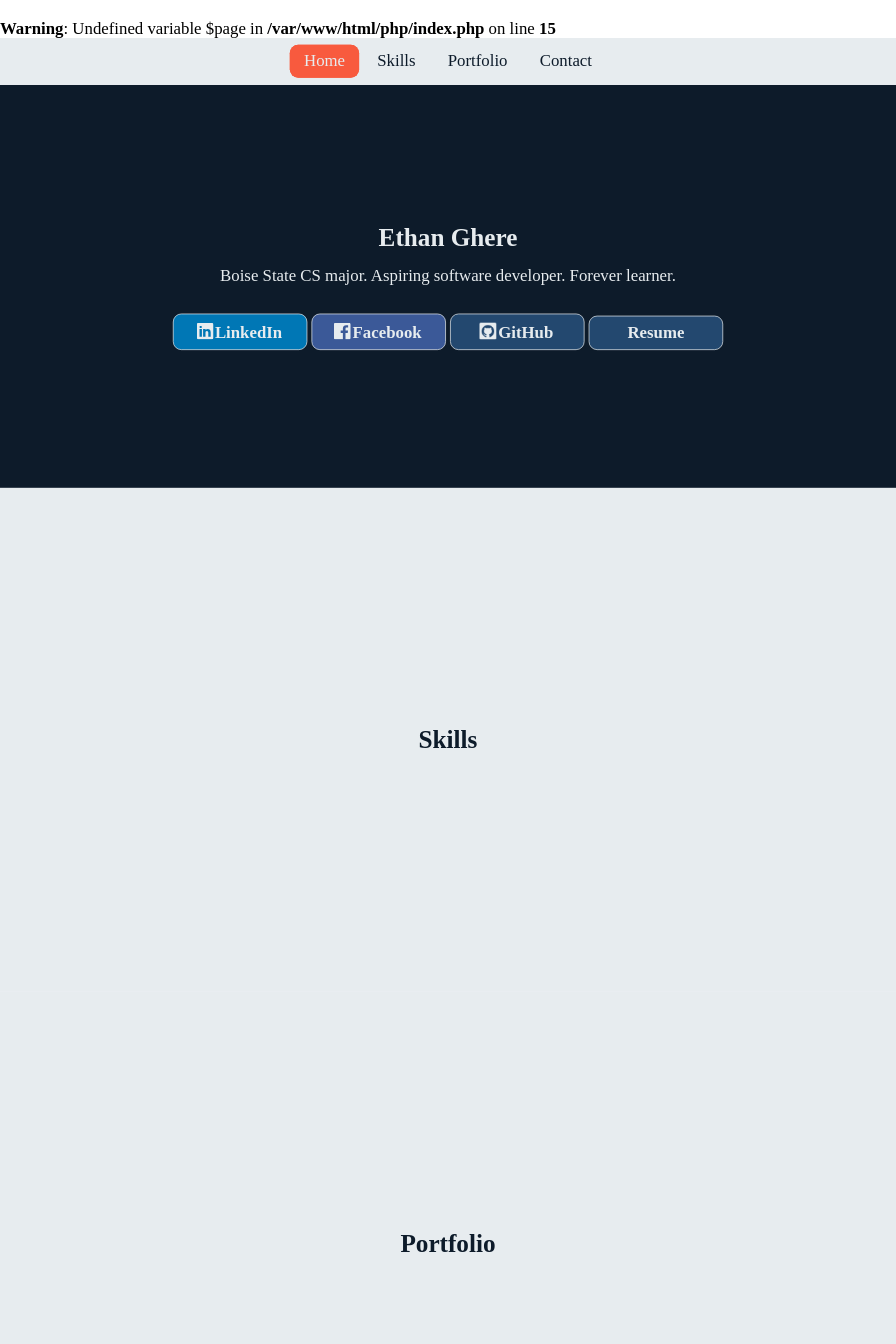
Repository: eghere-bsu/ethanghere-website
Page: http://localhost/php/index.php
The author's editor kept a copy of each file at every save. The page is drawn from the files as they stood at one save, then again after the next save.
The browser window is 1280 px wide. The pictures show the part of the page from y = 0 to 1920 px (the page is 2929 px tall before and 2875 px after), at 70% of full size.
Some web fonts or font styles are not loaded; a fallback is used. The page is run by PHP 8.4 with error messages shown; the project is at /var/www/html/.

Above is the page before, as saved 2023-11-27 15:35:03.

### php/index.php
<?php
  session_start();
  ini_set('display_errors', 1);
  error_reporting(E_ALL);

  if (isset($_GET['action']) && $_GET['action'] === 'logout') {
    unset($_SESSION['auth']);
    unset($_SESSION['username']);
    unset($_SESSION['powerlvl']);
  }
  $loggedIn = isset($_SESSION['auth']) && $_SESSION['auth'] === true;
  $loginText = $loggedIn ? 'Log Out' : 'Log In';
  $loginHref = $loggedIn ? 'login.php?action=logout' : 'login.php';

  $loginButton = '<a class="' . ($page == 'login' ? 'active' : '') . '" href="' . $loginHref . '">' . $loginText . '</a>';
?>

<!DOCTYPE html>
<html lang="en">

<head>
  <meta charset="UTF-8">
  <title>Ethan Ghere</title>
  <link rel="stylesheet" href="../css/style.css">
  <link rel="icon" type="image/x-icon" href="../favicon.ico">
</head>

<nav>
  <div class="container">
    <ul>
      <li class="home active">
        <a href="#home" class="navlink">Home</a>
      </li>
      <li class="skills">
        <a href="#skills" class="navlink">Skills</a>
      </li>
      <li class="portfolio">
        <a href="#portfolio" class="navlink">Portfolio</a>
      </li>
      <li class="contact">
        <a href="#contact" class="navlink">Contact</a>
      </li>
    </ul>
  </div>
</nav>

<body>
  <!-- Home -->
  <section id="home">
    <h1>Ethan Ghere</h1>
    <p>Boise State CS major. Aspiring software developer. Forever learner.</p>
    <span>
      <a href="https://www.linkedin.com/in/ethan-ghere-08532a23a" class="button linkedin"><img src="../svg/icons8-linkedin.svg">LinkedIn</a>
      <a href="https://www.facebook.com/profile.php?id=100085450836702" class="button facebook"><img src="../svg/icons8-facebook-24.svg">Facebook</a>
      <a href="https://github.com/eghere-bsu" class="button"><img src="../svg/icons8-github-24.png">GitHub</a>
      <a href="../assets/resume.pdf" class="button">Resume</a>
    </span>
  </section>
  <!-- Skills -->
  <section id="skills">
    <h1>Skills</h1>
  </section>
  <!-- Portfolio -->
  <section id="portfolio">
    <h1>Portfolio</h1>
  </section>
  <!-- Contact -->
  <section id="contact">
    <h1>Contact</h1>
  </section>
  <!-- Footer -->
  <section id="footer">
    <p>Ethan Ghere 2023.
      <?php
        if (isset($_SESSION['auth']) && $_SESSION['auth'] === true) {
          if (isset($_SESSION['username'])) {
            echo 'Logged in as ' . $_SESSION['username'];
          } else {
            echo 'Username not found.';
          }
        } else {
          echo 'Not logged in.';
        }
      ?>
      <a href="#login" class="button login-modal">
        <?php

        ?>
      </a></p>
  </section>
  <div class="modal" id="login-signup-modal">
      <div class="modal-content">
        <button class="modal-close" onclick="closeModal()">X</button>
        <span class="container">
          <ul>
            <li class="login">
              <a href="#login" class="navlink">Log In</a>
            </li>
            <li class="signup">
              <a href="#signup" class="navlink">Sign Up</a>
            </li>
          </ul>
        </span>
        <span>
        <?php
          if(isset($_SESSION['message'])) {
            echo htmlspecialchars($_SESSION['message'], ENT_QUOTES, 'UTF-8');
            unset($_SESSION['message']);
          }
        ?>
        </span>
        <form method="post" action="login_handler.php" id="login-form">
          <input placeholder="Username: " type="username" id="username" name="username" required>
          <input placeholder="Password: " type="password" id="password" name="password" required>
          <button type="submit" class="button">Log In</button>
        </form>
        <form method="post" action="signup_handler.php" id="signup-form">
          <input placeholder="Username: " type="username" id="username" name="username" required>
          <input placeholder="Password: " type="password" id="password" name="password" required>
          <input placeholder="Confirm password: " type="pwconfirm" id="pwconfirm" name="pwconfirm" required>
          <button type="submit" class="button">Sign Up</button>
        </form>
        <div class="modal-body"></div>
      </div>
    </div>
  <script src="https://code.jquery.com/jquery-3.7.1.min.js"></script>
  <script src="../js/modal.js"></script>
  <script src="../js/scroll.js"></script>
</body>

### css/style.css
@import url("https://fonts.googleapis.com/css2?family=Roboto+Mono&display=swap");

* {
  padding: 0;
  margin: 0;
  box-sizing: border-box;
}

html {
  font-family: "Roboto Mono";
  font-size: 24px;
  scroll-behavior: smooth;
}

section {
  height: 100vh;
  width: 100%;
  color: #0d1b2a;
  background-color: #e7ecef;
  display: flex;
  flex-direction: column;
  align-items: center;
  justify-content: center;
}

#home {
  height: 80vh;
  color: #e7ecef;
  background-color: #0d1b2a;
  padding: 30px;

  *:not(:first-child) {
    margin-top: 20px;
  }
}

/* TODO
section#skills {}
*/

/* TODO
section#portfolio {} */

section#footer {
  height: 10vh;
  background-color: #0d1b2a;
  color: #e7ecef;
  font-size: 18px;
}

.button {
  display: inline-block;
  padding: 10px 20px;
  width: 8em;
  text-align: center;
  text-decoration: none;
  font-weight: bold;
  border-radius: 12px;
  border: 1px solid #e7ecef;
  color: #e7ecef;
  background-color: #23486f;
  transition: 0.3s ease background-color;

  img {
    position: relative;
    top: 0.1em;
    right: 0.1em;
  }

  &:hover {
    background-color: #f85a3e;
  }

  &:hover:after {
    transition: 0.3s ease background-color;
  }
}

.button.small {
  font-size: 0.8em;
}

.linkedin {
  background-color: #0077b5;
}

.facebook {
  background-color: #3b5998;
}

nav {
  position: sticky;
  top: 0;
  background-color: #e7ecef;
}

.container {
  width: 90%;
  max-width: 1000px;
  min-width: 200px;
  margin: 0 auto;
  text-align: center;
  padding: 10px;

  ul {
    display: inline-block;

    li {
      display: inline-block;

      a {
        display: inline-block;
        text-decoration: none;
        padding: 10px 20px;
        color: #0d1b2a;
        border-radius: 12px;
        transition: 0.3s ease background-color;

        &:hover {
          background-color: rgba(0, 0, 0, 0.25);
        }
      }
    }

    li.active {
      background-color: #f85a3e;
      transition: 0.3s ease background-color;
      border-radius: 12px;

      a {
        color: rgb(231, 236, 239);
      }

      .navlink {
        background-color: #f85a3e;
        transition: 0.3s ease background-color;
        border-radius: 12px;
      }
    }
  }
}


/* modal */

.modal {
  display: none; /* Hide the modal by default */
  position: fixed;
  top: 0;
  left: 0;
  width: 100%;
  height: 100%;
  background-color: rgba(0, 0, 0, 0.4);
}

.modal-content {
  position: fixed;
  top: 50%;
  left: 50%;
  transform: translate(-50%, -50%);
  width: 40%;
  background-color: #e7ecef;
  color: #0d1b2a;
  padding: 20px;

  form {
    display: flex;
    flex-direction: column;
    align-items: center;
    width: 100%;
  }

  form label {
    margin-bottom: 10px;
  }

  form input {
    width: 100%;
    padding: 10px;
    border: 1px solid #ccc;
    border-radius: 4px;
  }

  form button {
    padding: 10px 20px;
    background-color: #23486f;
    border: none;
    border-radius: 4px;
    cursor: pointer;
    text-decoration: none;
  }

  & > .modal-close {
    position: absolute;
    top: 10px;
    right: 10px;
    width: 2em;
    height: 2em;
    border: none;
    cursor: pointer;
    background-color: #23486f;
    color: #e7ecef;
  }

  & > .container {
    display: flex;
    justify-content: center;

    & > a {
      color: #0d1b2a;
    }
  }
}

.modal-body {
  display: flex;
  flex-direction: column;
  justify-content: center;
}

.form-container {
  max-width: 400px;
  width: 100%;
  margin: 0 auto;
  position: relative;
}

### svg/icons8-linkedin.svg
<svg xmlns="http://www.w3.org/2000/svg" xmlns:xlink="http://www.w3.org/1999/xlink" viewBox="0,0,256,256" width="24px" height="24px"><g transform="translate(-24.32,-24.32) scale(1.19,1.19)"><g fill="#e7ecef" fill-rule="nonzero" stroke="none" stroke-width="1" stroke-linecap="butt" stroke-linejoin="miter" stroke-miterlimit="10" stroke-dasharray="" stroke-dashoffset="0" font-family="none" font-weight="none" font-size="none" text-anchor="none" style="mix-blend-mode: normal"><g transform="scale(5.12,5.12)"><path d="M41,4h-32c-2.76,0 -5,2.24 -5,5v32c0,2.76 2.24,5 5,5h32c2.76,0 5,-2.24 5,-5v-32c0,-2.76 -2.24,-5 -5,-5zM17,20v19h-6v-19zM11,14.47c0,-1.4 1.2,-2.47 3,-2.47c1.8,0 2.93,1.07 3,2.47c0,1.4 -1.12,2.53 -3,2.53c-1.8,0 -3,-1.13 -3,-2.53zM39,39h-6c0,0 0,-9.26 0,-10c0,-2 -1,-4 -3.5,-4.04h-0.08c-2.42,0 -3.42,2.06 -3.42,4.04c0,0.91 0,10 0,10h-6v-19h6v2.56c0,0 1.93,-2.56 5.81,-2.56c3.97,0 7.19,2.73 7.19,8.26z"></path></g></g></g></svg>

### svg/icons8-facebook-24.svg
<svg xmlns="http://www.w3.org/2000/svg" xmlns:xlink="http://www.w3.org/1999/xlink" viewBox="0,0,256,256" width="24px" height="24px"><g transform="translate(-43.52,-43.52) scale(1.34,1.34)"><g fill-opacity="0" fill="#d72020" fill-rule="nonzero" stroke="none" stroke-width="1" stroke-linecap="butt" stroke-linejoin="miter" stroke-miterlimit="10" stroke-dasharray="" stroke-dashoffset="0" font-family="none" font-weight="none" font-size="none" text-anchor="none" style="mix-blend-mode: normal"><path d="M32.47761,223.52239v-191.04478h191.04478v191.04478z" id="bgRectangle"></path></g><g fill="#e7ecef" fill-rule="nonzero" stroke="none" stroke-width="1" stroke-linecap="butt" stroke-linejoin="miter" stroke-miterlimit="10" stroke-dasharray="" stroke-dashoffset="0" font-family="none" font-weight="none" font-size="none" text-anchor="none" style="mix-blend-mode: normal"><g transform="scale(10.66667,10.66667)"><path d="M19,3h-14c-1.105,0 -2,0.895 -2,2v14c0,1.105 0.895,2 2,2h7.621v-6.961h-2.343v-2.725h2.343v-2.005c0,-2.324 1.421,-3.591 3.495,-3.591c0.699,-0.002 1.397,0.034 2.092,0.105v2.43h-1.428c-1.13,0 -1.35,0.534 -1.35,1.322v1.735h2.7l-0.351,2.725h-2.365v6.965h3.586c1.105,0 2,-0.895 2,-2v-14c0,-1.105 -0.895,-2 -2,-2z"></path></g></g></g></svg>

### js/modal.js
$(document).ready(function () {
   // Open login-signup modal
   $('.login-modal').click(function () {
      $('#login-signup-modal').show();
      $('#login-form').show();
      $('#signup-form').hide();
      $('.signup').removeClass('active');
      $('.login').addClass('active');
   });

   // Login button
   $('.login').click(function () {
      $('#login-form').show();
      $('#signup-form').hide();
      $('.signup').removeClass('active');
      $('.login').addClass('active');
   });

   // Show the signup form when the signup button is clicked
   $('.signup').click(function () {
      $('#signup-form').show();
      $('#login-form').hide();
      $('.login').removeClass('active');
      $('.signup').addClass('active');
   });

   // Close modal
   $('.modal-close').click(function () {
      $('#login-signup-modal').hide();
   });

   // Handle modal opening from a redirect
   if (window.location.href.indexOf('#login') !== -1 || window.location.href.indexOf('#signup') !== -1) {
      $('#login-signup-modal').show();

      if (window.location.href.indexOf('#login') !== -1) {
         $('#login-form').show();
         $('#signup-form').hide();
         $('.login').addClass('active');
         $('.signup').removeClass('active');
      } else {
         $('#signup-form').show();
         $('#login-form').hide();
         $('.signup').addClass('active');
         $('.login').removeClass('active');
      }
   }
});

### js/scroll.js
const sections = document.querySelectorAll("section");
const navLi = document.querySelectorAll("nav .container ul li");
window.addEventListener("scroll", () => {
  let current = "";
  sections.forEach((section) => {
    const sectionTop = section.offsetTop;
    const sectionHeight = section.clientHeight;
    if (pageYOffset >= sectionTop - sectionHeight / 3) {
      current = section.getAttribute("id");
    }
  });

  navLi.forEach((li) => {
    li.classList.remove("active");
    if (li.classList.contains(current)) {
      li.classList.add("active");
    }
  });
});

After the next save:
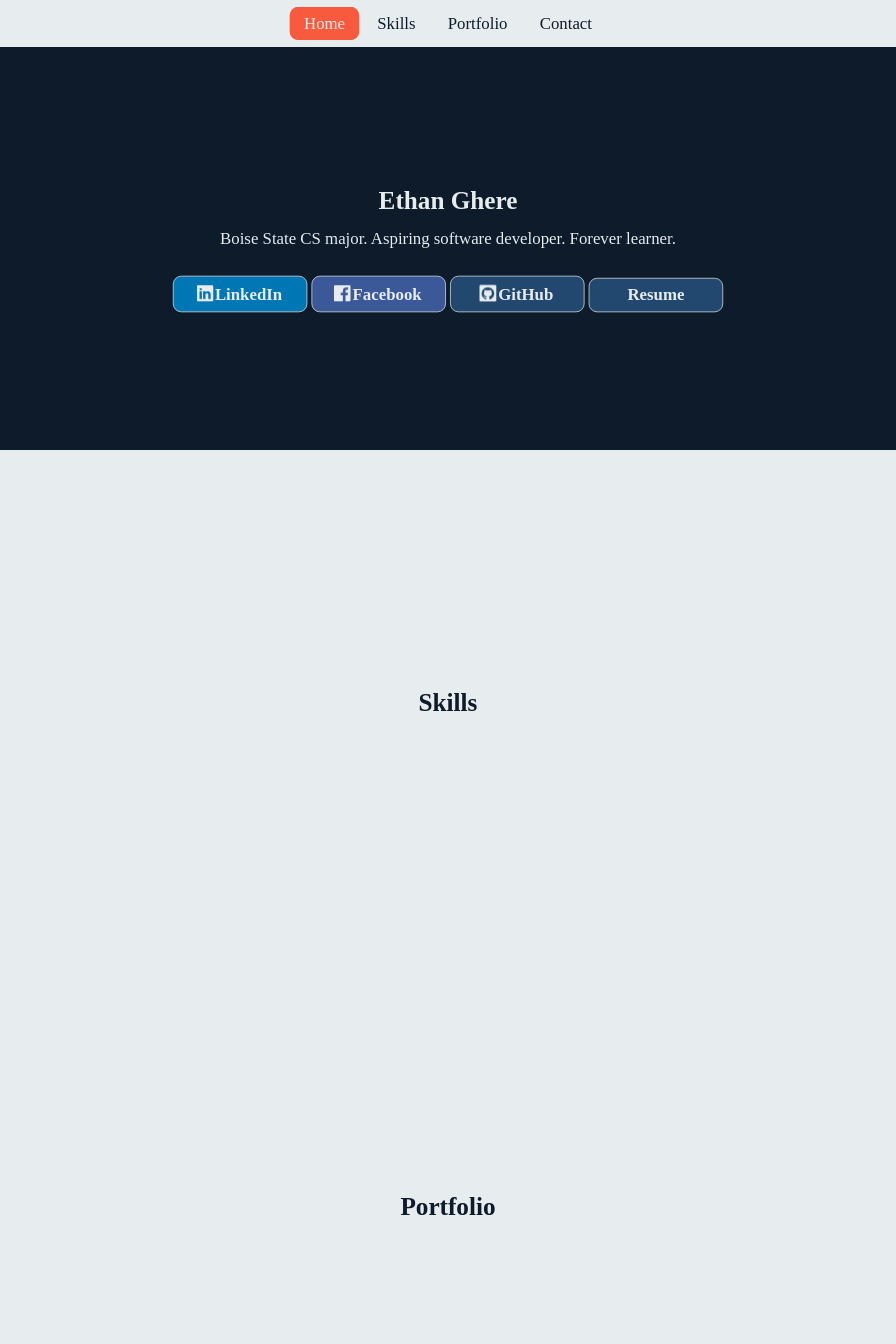
Saved 42 s later.
--- a/php/index.php
+++ b/php/index.php
@@ -11,8 +11,6 @@
   $loggedIn = isset($_SESSION['auth']) && $_SESSION['auth'] === true;
   $loginText = $loggedIn ? 'Log Out' : 'Log In';
   $loginHref = $loggedIn ? 'login.php?action=logout' : 'login.php';
-
-  $loginButton = '<a class="' . ($page == 'login' ? 'active' : '') . '" href="' . $loginHref . '">' . $loginText . '</a>';
 ?>
 
 <!DOCTYPE html>
